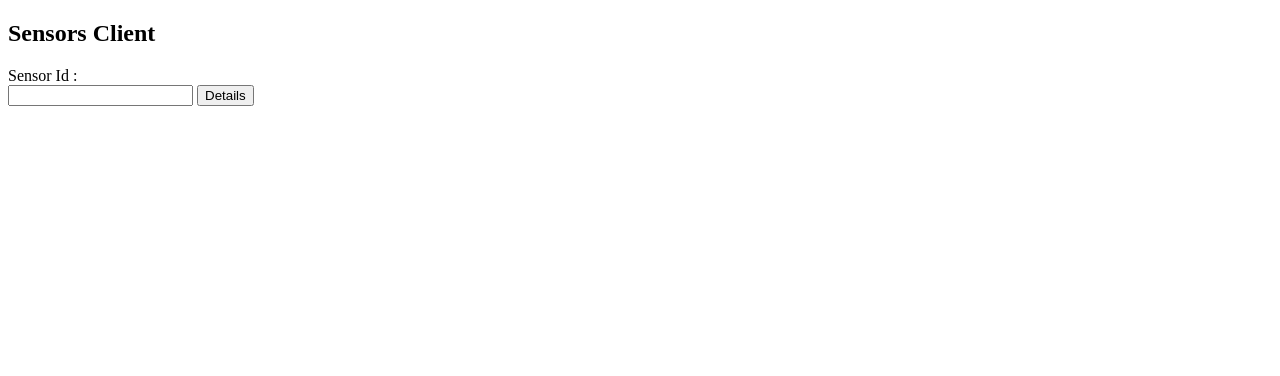
Repository: code-eshan/clientDSSensor
Page: sensor_service/WebContent/index.html
An editor plug-in stored every save of this project. The page is shown before and after the next save, followed by the edit.
The browser window is 1280 px wide. The pictures show the whole page.
Some web libraries are served in a nearby version.

Above is the page before, as saved 2020-04-15 13:56:24.

After the next save:
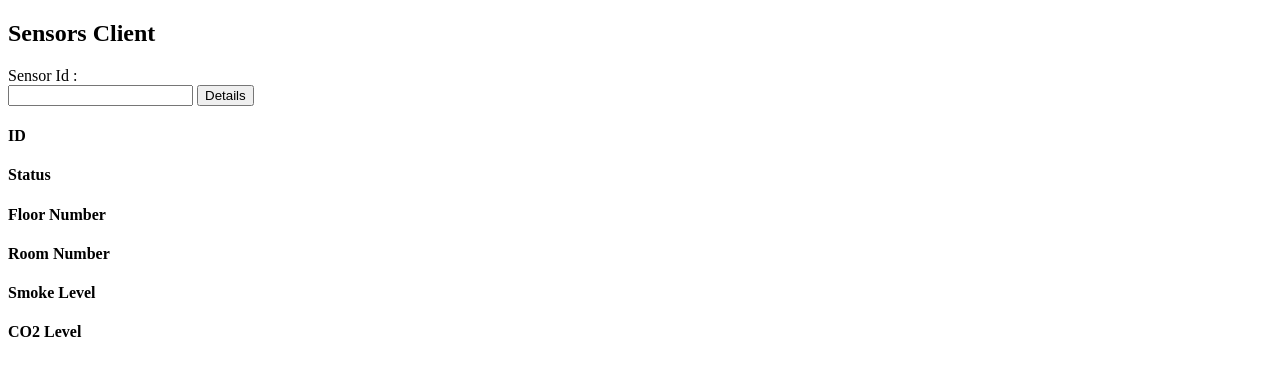
Saved 2 min 26 s later.
--- a/sensor_service/WebContent/index.html
+++ b/sensor_service/WebContent/index.html
@@ -11,16 +11,16 @@
 	<input type="text" id="id" />
 	<button onclick="getDetails()">Details </button>
 	<p />
-        <div id="id"></div>
+        <h4>ID</h4><div id="id"></div>
 	<p />
-        <div id="sensorStatus"></div>
-        <p />
-        <div id="floorNum"></div>
+        <h4>Status</h4><div id="sensorStatus"></div>
+    <p />
+        <h4>Floor Number</h4><div id="floorNum"></div>
 	<p />
-        <div id="roomNum"></div>
-        <p />
-        <div id="smokeLevel"></div>
+        <h4>Room Number</h4><div id="roomNum"></div>
+    <p />
+        <h4>Smoke Level</h4><div id="smokeLevel"></div>
 	<p />
-        <div id="cLevel"></div>
+        <h4>CO2 Level</h4><div id="cLevel"></div>
 
 </html>
